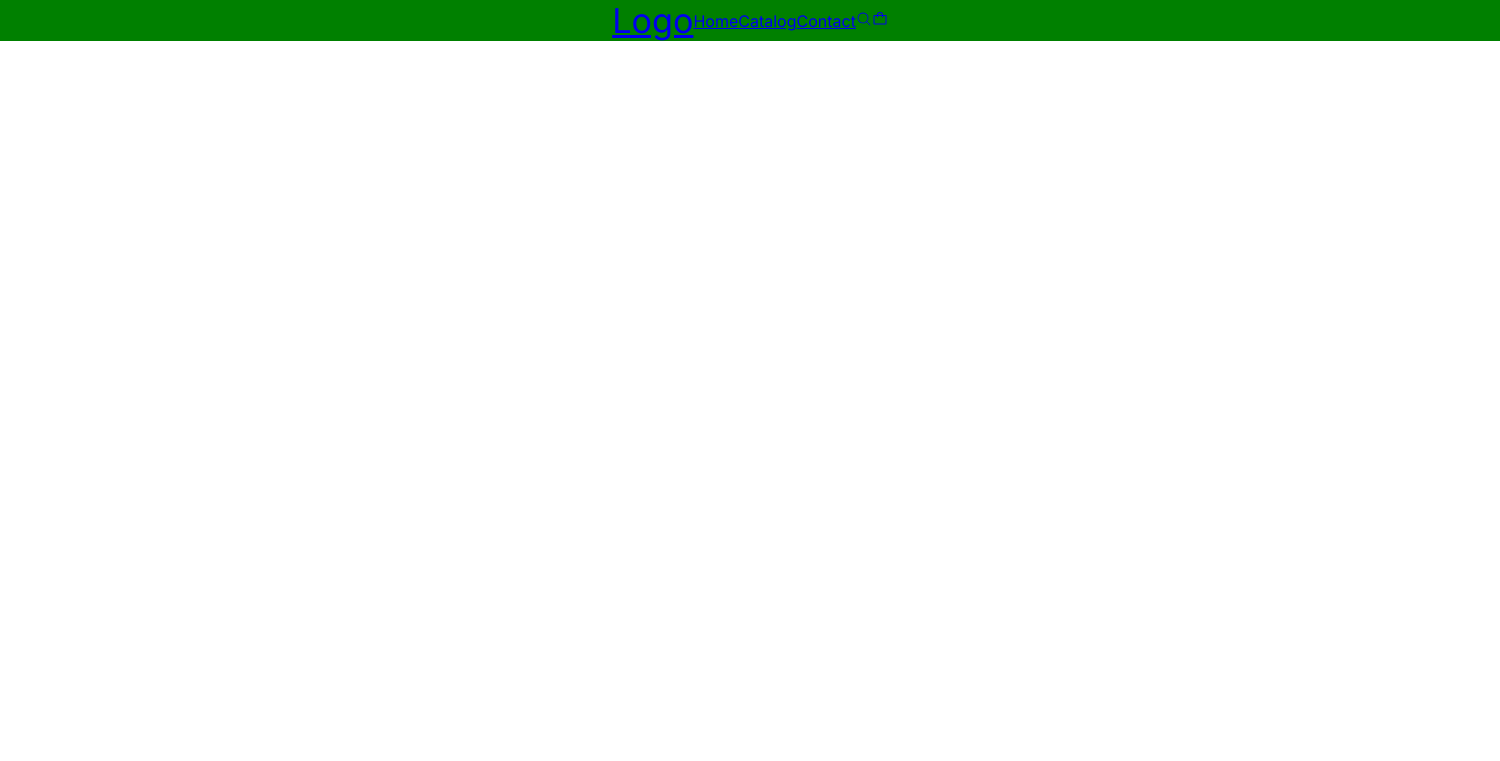
Repository: David-Waite/ecommercefrontendTemplate
Page: /
An editor plug-in stored every save of this project. The page is shown before and after the next save, followed by the edit.
The browser window is 1280 px wide. The page is 1500 px wide, so the pictures cover 1500 px, including what lies to the right of the window. The pictures show the whole page.
The project was rebuilt for these pictures with package versions that can differ from the ones it lists, and the page was loaded fresh each time. The framework's server and built-in components were replaced by stand-ins that run in the browser. Also part of the build but not shown: next.config.js.

Above is the page before, as saved 2023-08-24 17:22:13.

### app/layout.js
import Nav from "./Components/Nav/Nav";
import "./globals.css";
import { Inter } from "next/font/google";

const inter = Inter({ subsets: ["latin"] });

export const metadata = {
  title: "Create Next App",
  description: "Generated by create next app",
};

export default function RootLayout({ children }) {
  return (
    <html lang="en">
      <body className={inter.className}>
        <Nav />
        {children}
      </body>
    </html>
  );
}

### app/Components/Nav/Nav.js
import Link from "next/link";
import { PiMagnifyingGlassLight, PiBag } from "react-icons/pi";
import styles from "./Nav.module.css";

export default function Nav() {
  return (
    <nav className={styles.nav}>
      <div>
        <Link className={styles.logo} href="/">
          Logo
        </Link>
        <div>
          <Link href="/">Home</Link>
          <Link href="#">Catalog</Link>
          <Link href="#">Contact</Link>
        </div>
      </div>
      <div>
        <Link href="#">
          <PiMagnifyingGlassLight />
        </Link>
        <Link href="#">
          <PiBag />
        </Link>
      </div>
    </nav>
  );
}

### app/globals.css
:root {
  --primary: ;
  --black: #191d1b;
  --background: #ffffff;
  --white: #ffffff;
  --grey: #606060;
  --error: #a83c23;
  --max-width: 1500px;
  --fontBase: 17.5px;
  --fontPlus1: 21.88px;
  --fontPlus2: 27.34px;
  --fontPlus3: 34.18px;
  --fontMinus1: 14px;
  --fontMinus2: 11.2px;
}

* {
  padding: 0;
  margin: 0;
  box-sizing: border-box;
}

### app/Components/Nav/Nav.module.css
.nav {
  display: flex;
  align-items: center;
  justify-content: center;
  margin: 0 auto;
  background-color: green;
  width: var(--max-width);
}

.nav div {
  display: flex;
  align-items: center;
  justify-content: center;
}

.logo {
  font-size: var(--fontPlus3);
}

Loaded but not shown: app/page.js (common file); app/page.module.css (common file)

After the next save:
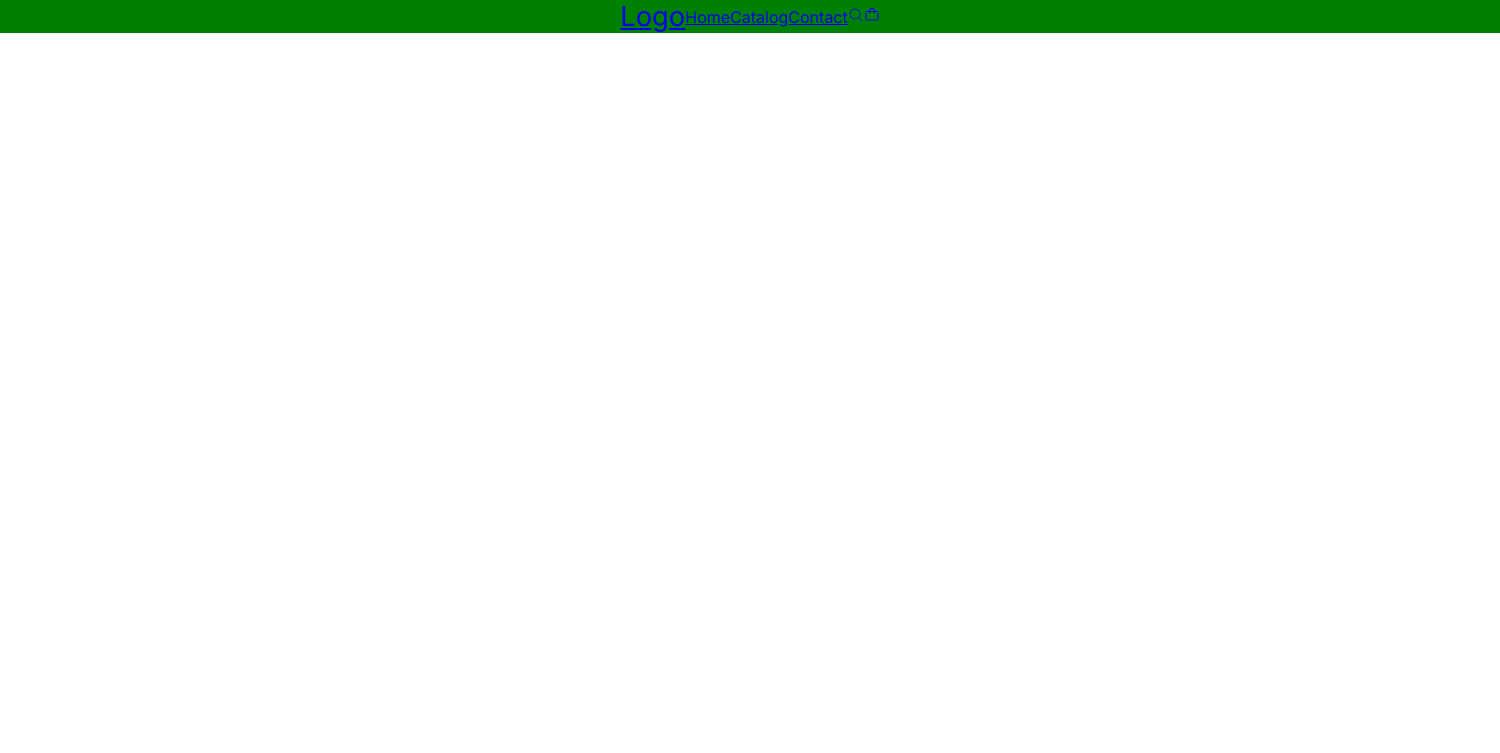
Saved 14 s later.
--- a/app/Components/Nav/Nav.module.css
+++ b/app/Components/Nav/Nav.module.css
@@ -14,5 +14,5 @@
 }
 
 .logo {
-  font-size: var(--fontPlus3);
+  font-size: var(--fontPlus2);
 }
